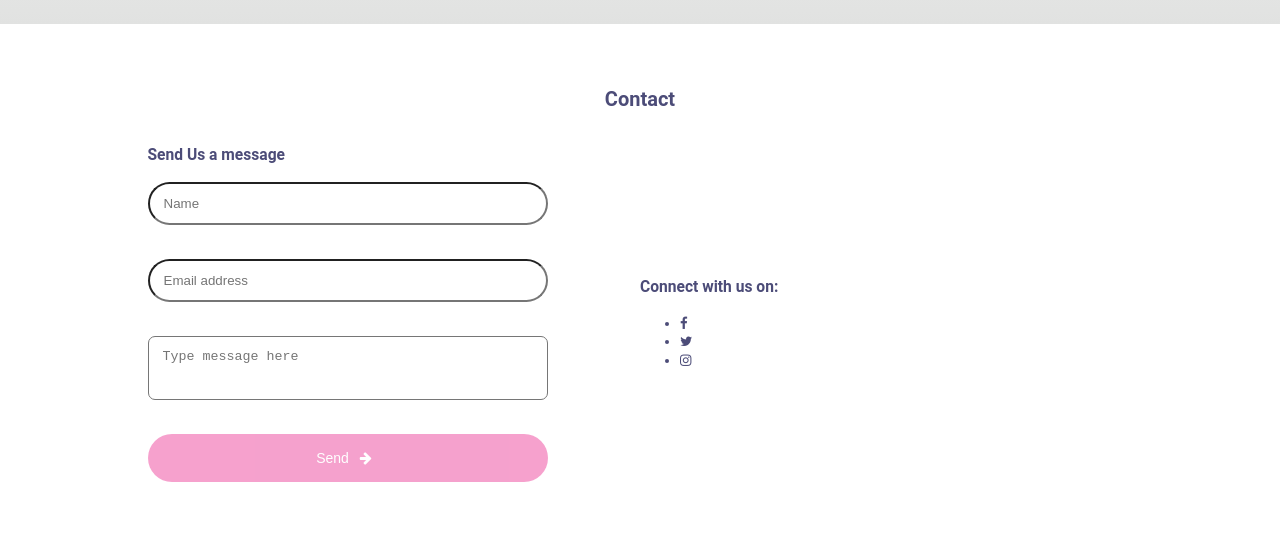
Repository: wisdomspine/emmatech-website
Page: index.html
These files come from the project's save history. The page is drawn as it stood at one moment and after the next save; the edit follows.
The browser window is 1280 px wide. The pictures show the part of the page from y = 1532 to 2092 px (the page is 2092 px tall).
The first visible `.home-contact button` is being pressed.
A picture or video elsewhere on the page could not be fetched, so the positions and the page height are approximate.

Above is the page before, as saved 2020-11-02 12:32:46.

After the next save:
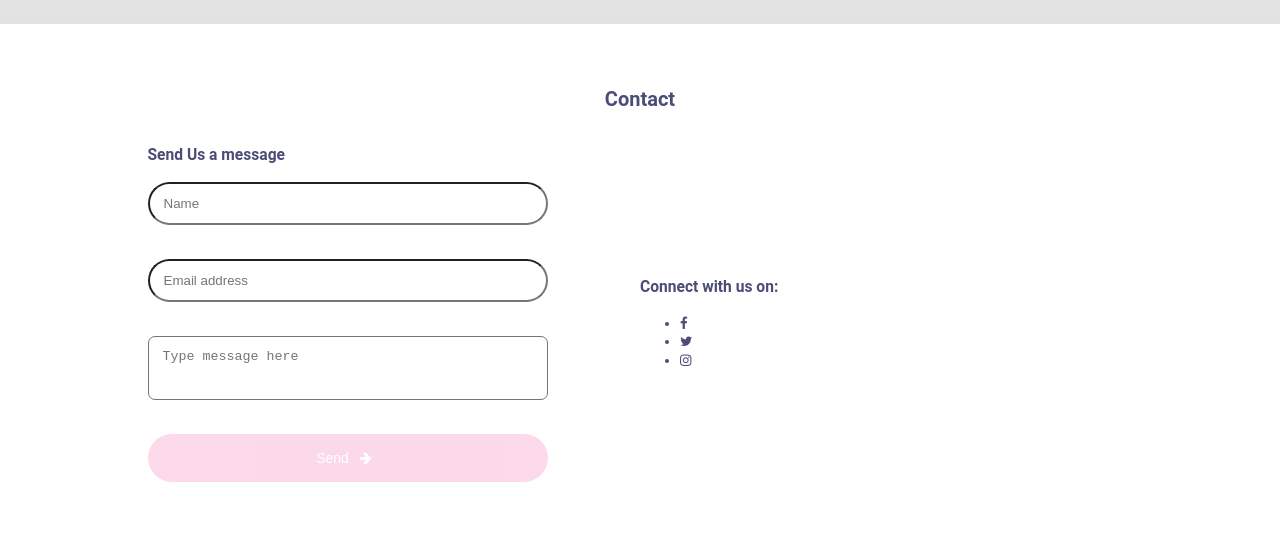
Saved 12 s later.
--- a/assets/styles/index.css
+++ b/assets/styles/index.css
@@ -155,7 +155,7 @@ textarea{
     outline-width: 0px;
 }
 .home-contact button:active{
-    opacity: .5;
+    opacity: .2;
 }
 
 .home-contact button span{
